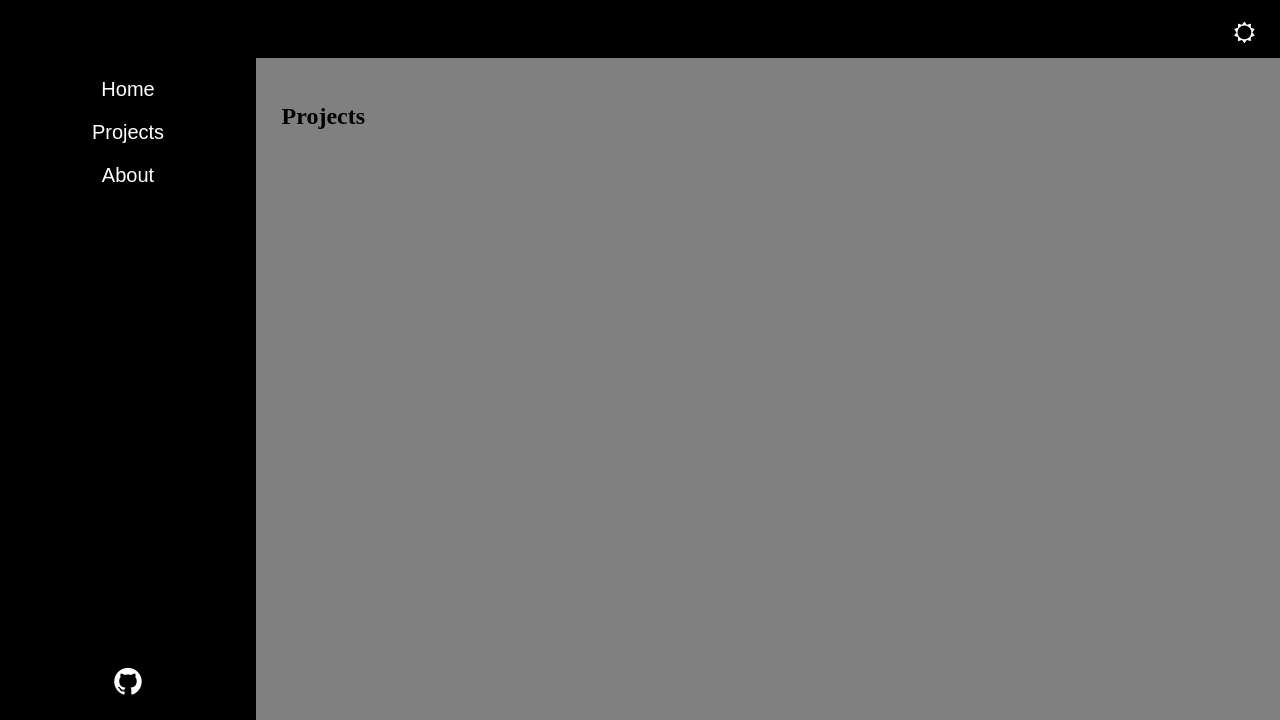
Repository: josephinel6/josephinel6.github.io
Page: index.html
An editor plug-in stored every save of this project. The page is shown before and after the next save, followed by the edit.
The browser window is 1280 px wide. The pictures show the whole page.

Above is the page before, as saved 2023-04-05 08:52:18.

### index.html
<!DOCTYPE html>
<html>

<head>
    <style>
        :root.light {
            --color-bg: white;
            --color-menu-text: black;
            --color-page-bg: darkgray;
            --color-obj-bg: gray;
            --color-title-text: black;
            --color-gen-text: black;
        }

        :root.dark {
            --color-bg: black;
            --color-menu-text: white;
            --color-page-bg: gray;
            --color-obj-bg: darkgray;
            --color-title-text: white;
            --color-gen-text: white;
        }

        /* :root {
            --color-bg: black;
        } */

        html,
        body {
            height: 100%;
            width: 100%;
            overflow: hidden;
            margin: 0;
            position: relative;
            /* border-color: blue;
            border-radius: 10px;
            border-style: solid; */
            padding: 0;
        }

        #menu {
            height: 100%;
            width: 20%;
            position: absolute;
            z-index: 1;
            top: 0;
            bottom: 0;
            background-color: var(--color-bg);
        }

        #topbar {
            width: 100%;
            height: 8%;
            background-color: var(--color-bg);
            position: absolute;
        }

        .menutext {
            color: var(--color-menu-text);
            font-family: sans-serif;
            font-size: 20px;
        }

        .menutext:hover {
            cursor: pointer;
        }

        .fa-github {
            color: var(--color-menu-text);
        }

        #window {
            background-color: var(--color-page-bg);
            position: absolute;
            height: 92%;
            width: 80%;
            right: 0;
            bottom: 0;
        }

        .tabcontent {
            height: 100%;
            width: 100%;
            position: absolute;

            margin-top: 2.5%;
            margin-left: 2.5%;
        }

        .projectbutton {
            /* height: 175px; */
            width: 95%;
            position: absolute;
            background-color: var(--color-obj-bg);
            border-radius: 10px;
            font-family: sans-serif;
            font-size: 30px;
        }

        .projectbutton:hover {
            cursor: pointer;
        }

        .projectbuttontitle {
            margin-left: 3%;
            margin-top: 3%;
            margin-bottom: -1.5%;
            color: var(--color-title-text);
        }

        #day-night {
            color: var(--color-menu-text);
            z-index: 2;
            position: absolute;
            top: 25px;
            right: 25px;
        }

        .projectbuttondesc {
            font-family: sans-serif;
            font-size: 20px;
            margin: 3%;
            color: var(--color-gen-text);
        }

        #day-night:hover {
            cursor: pointer;
        }

        /* .fa-2x {
            height: 20px !important;
        } */
    </style>
    <link rel="stylesheet" href="https://cdnjs.cloudflare.com/ajax/libs/font-awesome/4.7.0/css/font-awesome.min.css">
    <script type="module" src="https://cdn.jsdelivr.net/gh/zerodevx/zero-md@2/dist/zero-md.min.js"></script>
    <script type="module" src="https://md-block.verou.me/md-block.js"></script>
</head>

<body>
    <div id="menu">
        <div style="position:absolute; top: 8%; width: 100%; text-align: center;">

            <p class="menutext" onclick="openpage('homepage')"> Home </p>
            <p class="menutext" onclick="openpage('projectbuttons')"> Projects </p>
            <p class="menutext" onclick="openpage('aboutpage')"> About </p>

        </div>

        <div style="position:absolute; bottom:3%; width: 100%; text-align: center;">
            <a href="https://github.com/josephinel6" class="fa fa-github fa-2x" style="text-decoration: none;"></a>
        </div>
    </div>
    <div id="topbar">
        <i onclick="daynight()" class="fa fa-sun-o fa-lg" id="day-night"></i>
    </div>
    <div id="window">
        <div id="homepage" class="tabcontent">
            <h2> Projects </h2>
        </div>
        <div id="projectbuttons" class="tabcontent">
            <div class="projectbutton" onclick="openpage('weatherAPI')">
                <h2 class="projectbuttontitle"> Weather API </h2>
                <p class="projectbuttondesc"> My first project with APIs. </p>
            </div>
        </div>
        <zero-md src="https://josephinel6.github.io/weatherAPI.md" class="tabcontent" id="weatherAPI"></zero-md>
        <div class="tabcontent" id="aboutpage">
            <zero-md src="https://josephinel6.github.io/about.md"></zero-md>
        </div>
        <script>
            var night;

            window.onload = function () {
                var night = true;
                document.documentElement.classList.remove("light")
                document.documentElement.classList.add("dark")
                window.localStorage.setItem('mode', 'dark');
                console.log("dark")
                tabcontent = document.getElementsByClassName("tabcontent");
                for (i = 0; i < tabcontent.length; i++) {
                    tabcontent[i].style.display = "none";
                }
                document.getElementById("homepage").style.display = "block";
            }

            function openpage(pageName) {
                var i, tabcontent, tablinks;
                tabcontent = document.getElementsByClassName("tabcontent");
                for (i = 0; i < tabcontent.length; i++) {
                    tabcontent[i].style.display = "none";
                }
                tablinks = document.getElementsByClassName("tablink");
                for (i = 0; i < tablinks.length; i++) {
                    tablinks[i].style.backgroundColor = "";
                }
                document.getElementById(pageName).style.display = "block";

                document.body.scrollTop = 0;
                document.documentElement.scrollTop = 0;
            }

            function daynight() {
                var daynight = document.getElementById("day-night");
                if (night == true) {
                    daynight.classList.remove("fa-sun-o");
                    daynight.classList.add("fa-moon-o");
                    night = false;
                    document.documentElement.classList.remove("dark")
                    document.documentElement.classList.add("light")
                    window.localStorage.setItem('mode', 'light');
                }
                else {
                    daynight.classList.remove("fa-moon-o");
                    daynight.classList.add("fa-sun-o");
                    night = true;
                    document.documentElement.classList.remove("light")
                    document.documentElement.classList.add("dark")
                    window.localStorage.setItem('mode', 'dark');
                }
            }
        </script>

</body>

</html>

After the next save:
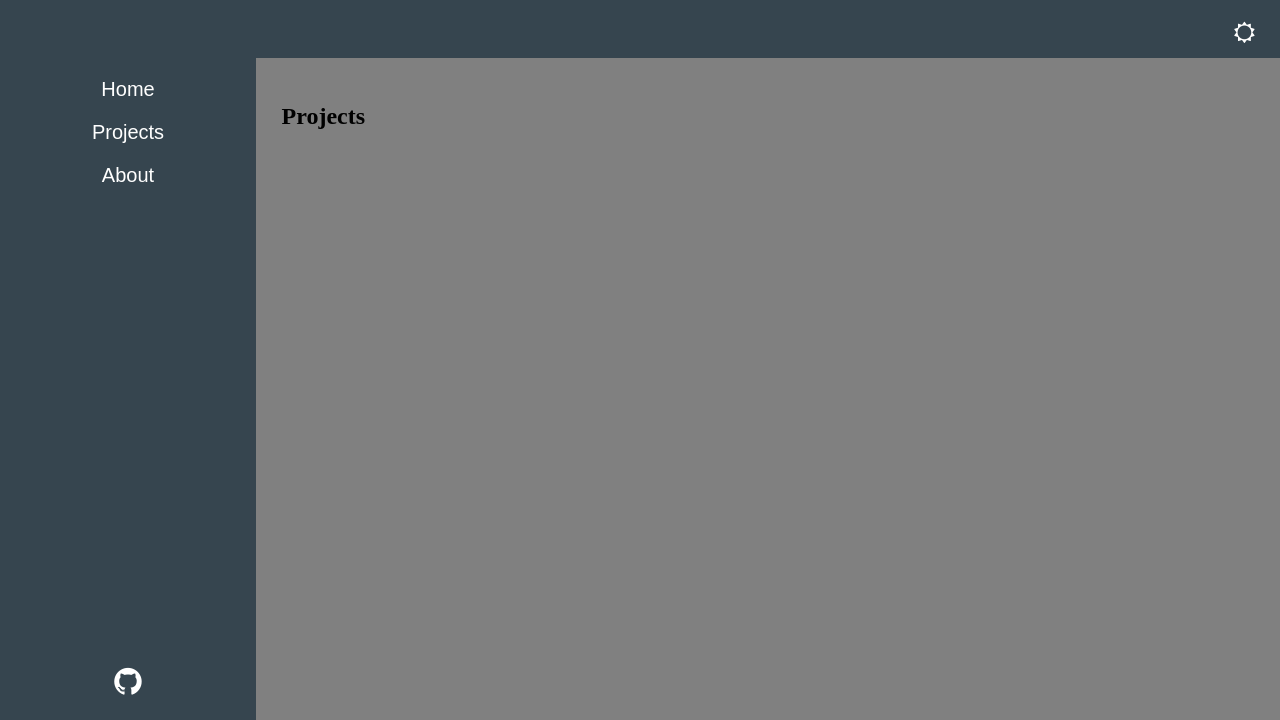
Saved 100 s later.
--- a/index.html
+++ b/index.html
@@ -13,12 +13,13 @@
         }
 
         :root.dark {
-            --color-bg: black;
+            --color-bg: #36454F;
             --color-menu-text: white;
             --color-page-bg: gray;
             --color-obj-bg: darkgray;
             --color-title-text: white;
             --color-gen-text: white;
+            --color-menu-hover: black;
         }
 
         /* :root {
